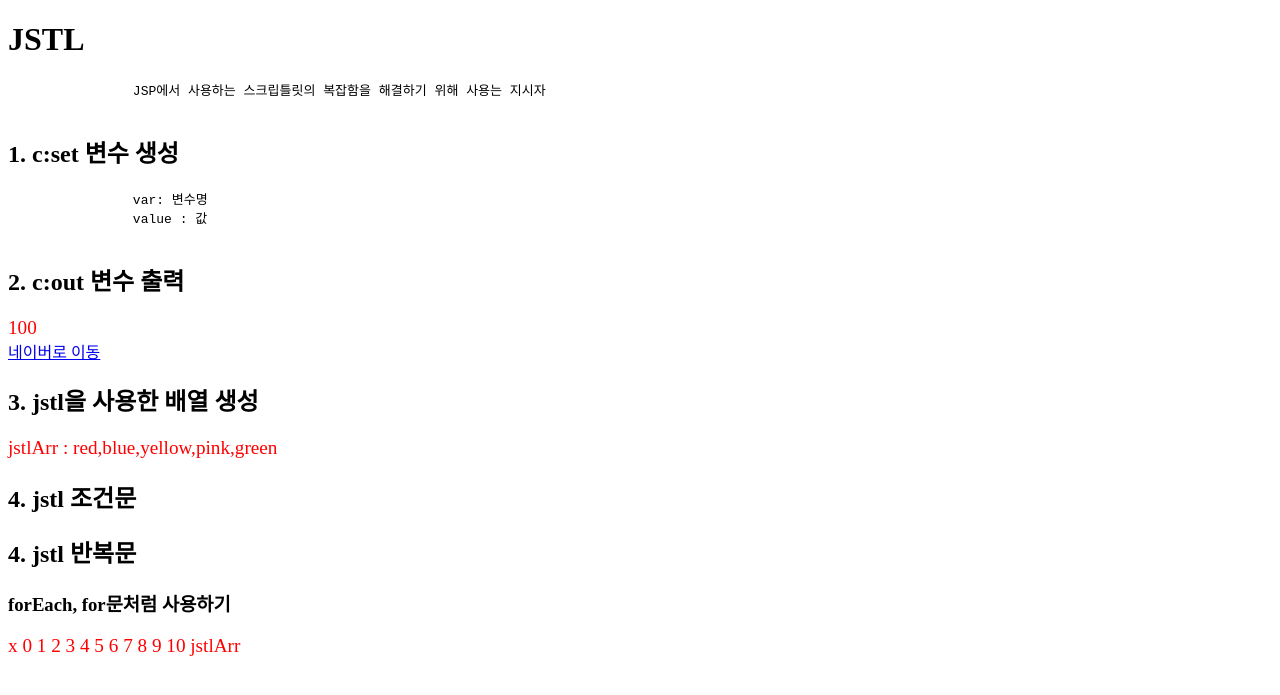
Repository: vaynel/StudyFile
Page: http://localhost/spring04_jsp/jstl
These files come from the project's save history. The page is drawn as it stood at one moment and after the next save; the edit follows.
The browser window is 1280 px wide. The pictures show the whole page.
The page is served by Tomcat 9. Other server files are loaded and not shown.

Above is the page before, as saved 2023-01-20 02:18:11.

### H_spring/spring04_jsp/WebContent/WEB-INF/views/el-jstl/jstl.jsp
<%@ page language="java" contentType="text/html; charset=UTF-8"
    pageEncoding="UTF-8"%>
<%@ taglib prefix="c" uri="http://java.sun.com/jsp/jstl/core" %>
<!DOCTYPE html>
<html>
<head>
<meta charset="UTF-8">
<title>Insert title here</title>
<style type="text/css">
	span{
		display: block;
		font-size:1.5vw;
		color:red;
	}
</style>
</head>
<body>
<h1>JSTL</h1>
	<pre>
		JSP에서 사용하는 스크립틀릿의 복잡함을 해결하기 위해 사용는 지시자
	</pre>
	<h2>1. c:set 변수 생성</h2>
	<pre>
		var: 변수명
		value : 값
	</pre>
	<c:set var="num1" value="100"></c:set>
	<c:set var="html" value="<a href='https://www.naver.com'>네이버로 이동 </a>"></c:set>

	<h2>2. c:out 변수 출력</h2>
	<span><c:out value="${num1}"></c:out></span>
	${html}

	<h2>3. jstl을 사용한 배열 생성</h2>
	<c:set var="jstlArr">
		red,blue,yellow,pink,green
	</c:set>
	<span>jstlArr : <c:out value="${jstlArr}"></c:out></span>

	<h2>4. jstl 조건문</h2>

	<h2>4. jstl 반복문</h2>
	<h3>forEach, for문처럼 사용하기</h3>
	<span>x
	<c:forEach var="i" begin="0" end ="10" step="1">
		${i}
	</c:forEach>
	jstlArr






</body>
</html>

### H_spring/spring04_jsp/ src/com/mc/jsp/C_JSTL.java
package com.mc.jsp;

import java.io.IOException;
import javax.servlet.ServletException;
import javax.servlet.annotation.WebServlet;
import javax.servlet.http.HttpServlet;
import javax.servlet.http.HttpServletRequest;
import javax.servlet.http.HttpServletResponse;

/**
 * Servlet implementation class C_JSTL
 */
@WebServlet("/jstl")
public class C_JSTL extends HttpServlet {
	private static final long serialVersionUID = 1L;

    /**
     * @see HttpServlet#HttpServlet()
     */
    public C_JSTL() {
        super();
        // TODO Auto-generated constructor stub
    }

	/**
	 * @see HttpServlet#doGet(HttpServletRequest request, HttpServletResponse response)
	 */
	protected void doGet(HttpServletRequest request, HttpServletResponse response) throws ServletException, IOException {
		// TODO Auto-generated method stub
		request.getRequestDispatcher("/WEB-INF/views/el-jstl/jstl.jsp").forward(request, response);
	}

	/**
	 * @see HttpServlet#doPost(HttpServletRequest request, HttpServletResponse response)
	 */
	protected void doPost(HttpServletRequest request, HttpServletResponse response) throws ServletException, IOException {
		// TODO Auto-generated method stub
		doGet(request, response);
	}

}

After the next save:
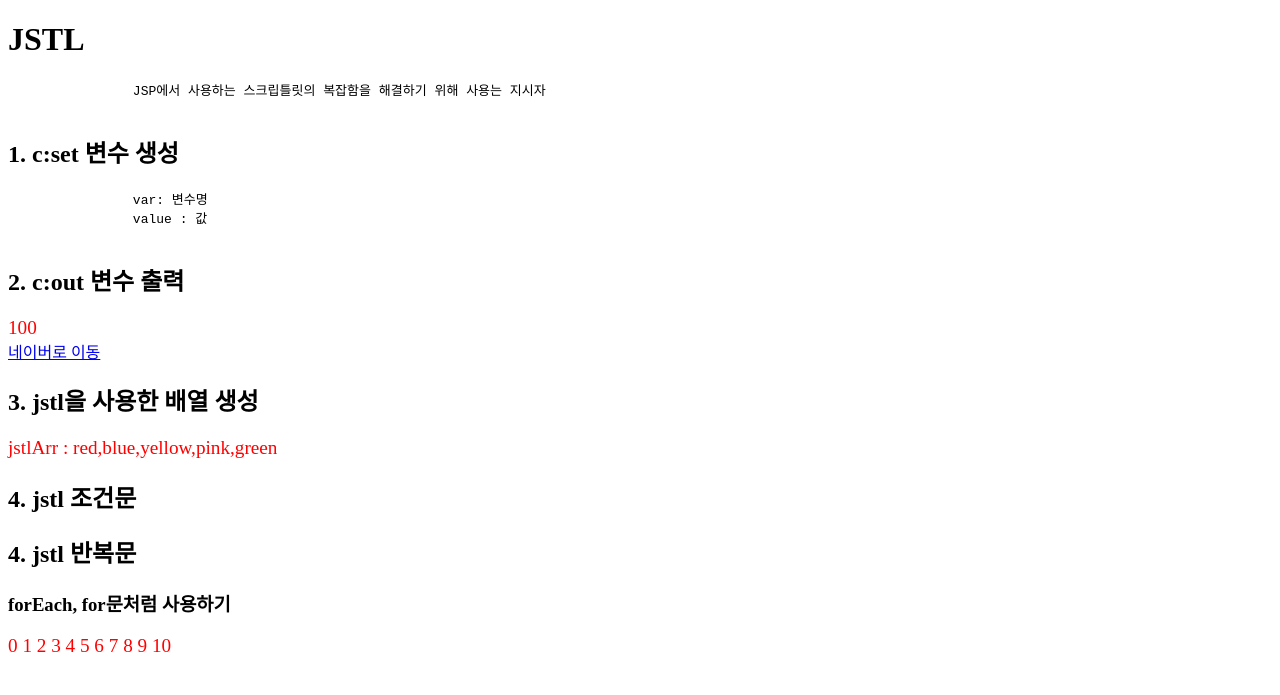
Saved 7 s later.
--- a/H_spring/spring04_jsp/WebContent/WEB-INF/views/el-jstl/jstl.jsp
+++ b/H_spring/spring04_jsp/WebContent/WEB-INF/views/el-jstl/jstl.jsp
@@ -41,11 +41,11 @@
 
 	<h2>4. jstl 반복문</h2>
 	<h3>forEach, for문처럼 사용하기</h3>
-	<span>x
+	<span>
 	<c:forEach var="i" begin="0" end ="10" step="1">
 		${i}
 	</c:forEach>
-	jstlArr
+	</span>
 
 
 
